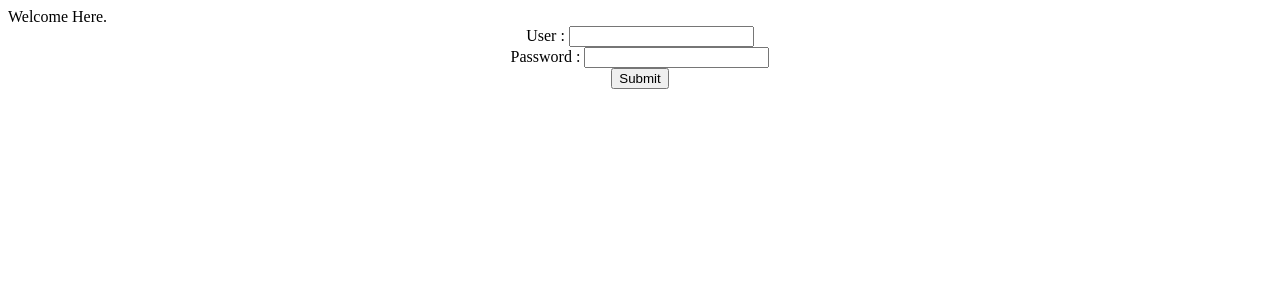
Repository: sunil965/JavaRepo
Page: WebProject/WebContent/index.html
The author's editor kept a copy of each file at every save. The page is drawn from the files as they stood at one save, then again after the next save.
The browser window is 1280 px wide. The pictures show the whole page.

Above is the page before, as saved 2017-04-26 10:54:07.

After the next save:
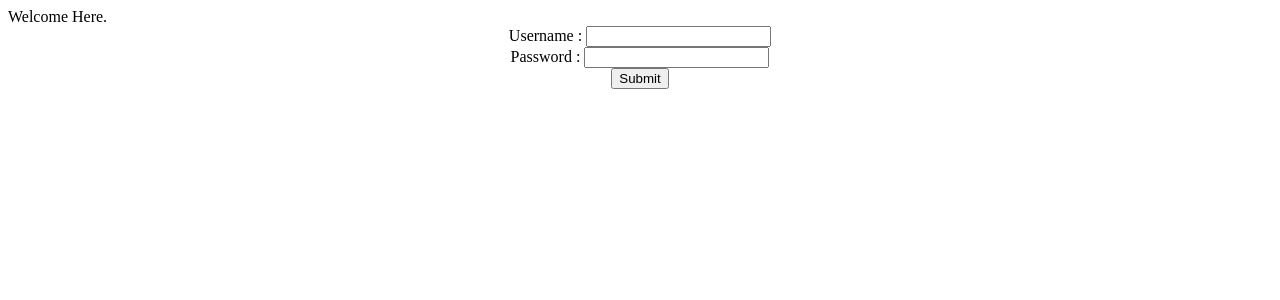
Saved 13 s later.
--- a/WebProject/WebContent/index.html
+++ b/WebProject/WebContent/index.html
@@ -10,7 +10,7 @@
 <div>
 <center>
 <form action="LoginServlet" method="get">
-User : <input type="text" id="name"><br>
+Username : <input type="text" id="name"><br>
 Password : <input type="text" id="name"><br>
 <input type="submit">
 </form>
